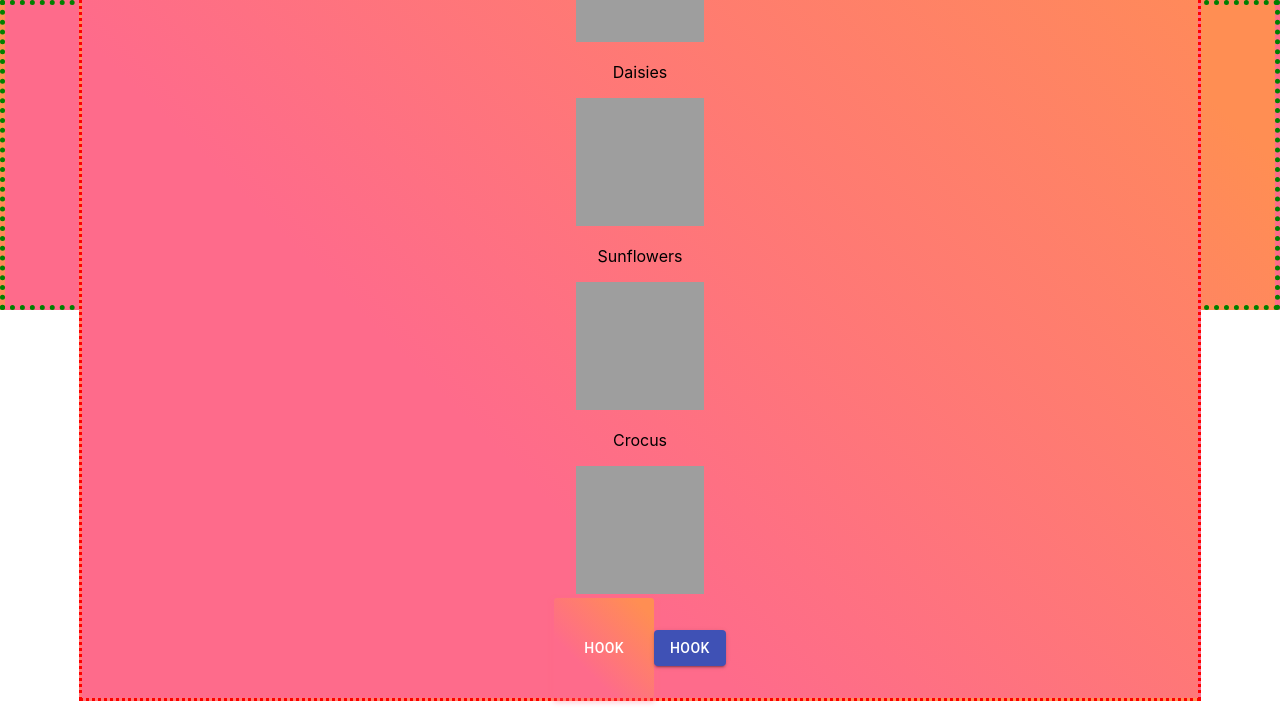
Repository: DevLuDaley/react-flower-shop
Page: /
An editor plug-in stored every save of this project. The page is shown before and after a run of saves, followed by the edit.
The browser window is 1280 px wide. The pictures show the whole page.
Pictures or frames that could not be fetched are drawn as grey boxes. The project was rebuilt for these pictures with package versions that can differ from the ones it lists, and the page was loaded fresh each time.

Above is the page before, as saved 2021-02-19 21:51:02.

After the next 2 saves:
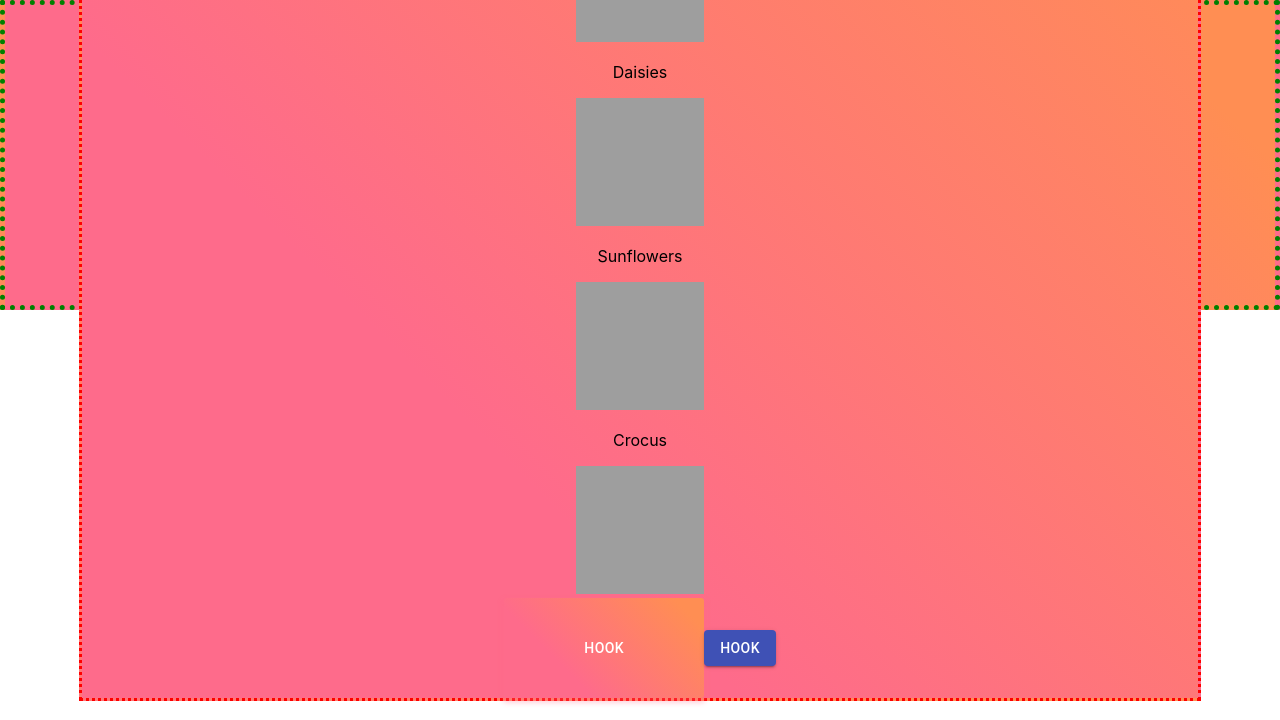
The 2 saves are shown as one change because they came seconds apart.
The last was saved 11 s later.
--- a/src/components/FlowerGallery.js
+++ b/src/components/FlowerGallery.js
@@ -14,6 +14,7 @@ const useStyles = makeStyles({
     boxShadow: '0 3px 5px 2px rgba(255, 105, 135, .3)',
     color: 'white',
     height: '100px',
+    width: '200px',
     padding: '0 30px',
   },
 });
